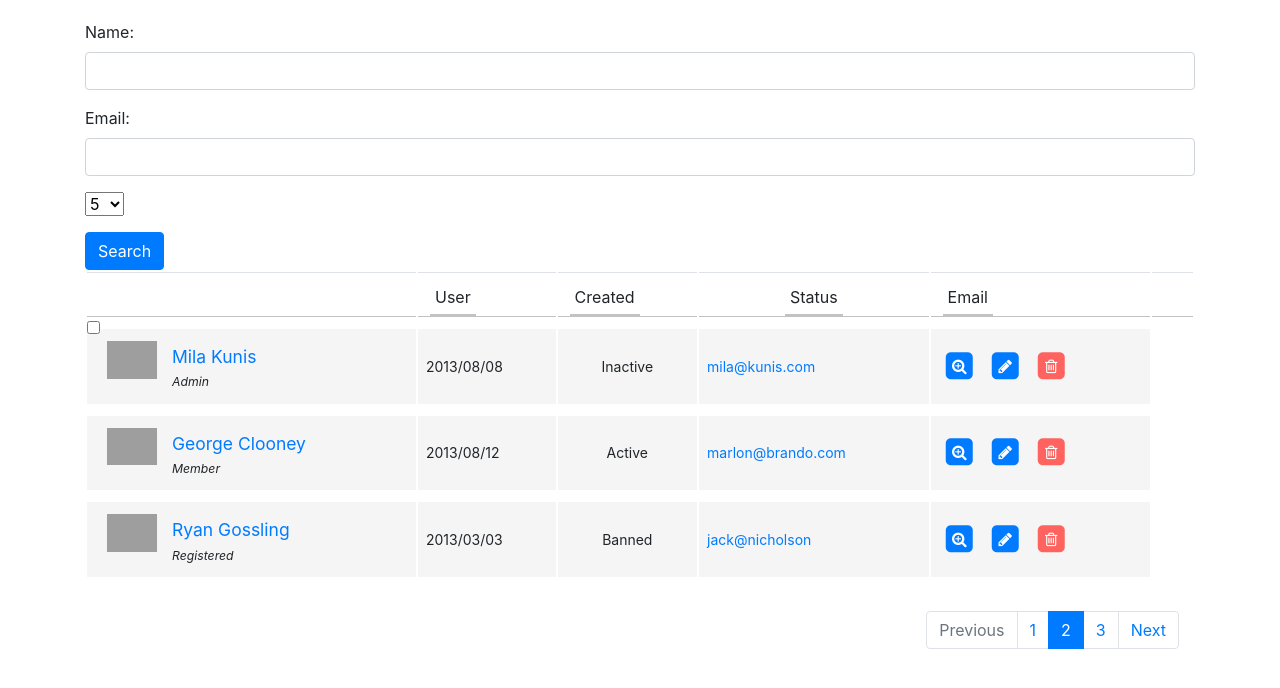
Repository: tienhoang123/Demo
Page: http://localhost/User/WEB-INF/views/home.jsp
An editor plug-in stored every save of this project. The page is shown before and after the next save, followed by the edit.
The browser window is 1280 px wide. The pictures show the whole page.
Pictures or frames that could not be fetched are drawn as grey boxes. Some web libraries are served in a nearby version. The page is served by Tomcat 9. Nobody is signed in. Other server files are loaded and not shown. The template is opened directly, without the code that normally fills it, so the values that code supplies are empty.

Above is the page before, as saved 2019-10-14 06:53:22.
Console error: TypeError: Cannot read properties of undefined (reading 'fn')

### DemoCrud/User/src/main/webapp/WEB-INF/views/home.jsp
<%@ page language="java" contentType="text/html; charset=UTF-8"
	pageEncoding="UTF-8"%><!DOCTYPE html>
<%@ taglib uri="http://java.sun.com/jsp/jstl/core" prefix="c"%>
<html>
<head>
<meta http-equiv="Content-Type" content="text/html; charset=UTF-8">
<title>Home</title>
<link
	href="https://maxcdn.bootstrapcdn.com/font-awesome/4.3.0/css/font-awesome.min.css"
	rel="stylesheet">
<link
	href="<c:url value='/resources/css/boostrapcss/bootstrap.min.css' />"
	rel="stylesheet" id="bootstrap-css">
<script
	src="<c:url value='/resources/js/bootstrapjs/bootstrap.min.js' />"></script>
<script
	src="https://ajax.googleapis.com/ajax/libs/jquery/3.4.1/jquery.min.js"></script>
<link href="<c:url value='/resources/css/home.css' />" rel="stylesheet">
</head>
<body>
	<div class="container">
		<div class="row">
			<div class="col-lg-12">
				<div class="main-box clearfix">
					<div class="table-responsive">
						<div class="form-group">
							<label for="usr">Name:</label> <input type="text"
								class="form-control" id="usr" name="username">
						</div>
						<div class="form-group">
							<label for="pwd">Email:</label> <input type="password"
								class="form-control" id="pwd" name="password">
						</div>
						<div class="form-group">
							<select class="mdb-select md-form">

								<option value="5">5</option>
								<option value="10">10</option>
								<option value="15">15</option>
							</select>
						</div>

						<button type="submit" class="btn btn-primary">Search</button>

						<table class="table user-list">
							<thead>
								<tr>
									<th>
    									<input type="checkbox" class="form-check-input" id="materialUnchecked">
									</th>
									<th><span>User</span></th>
									<th><span>Created</span></th>
									<th class="text-center"><span>Status</span></th>
									<th><span>Email</span></th>
									<th>&nbsp;</th>
								</tr>
							</thead>
							<tbody>
								<tr>
									<td><img
										src="https://bootdey.com/img/Content/avatar/avatar1.png"
										alt=""> <a href="#" class="user-link">Mila Kunis</a> <span
										class="user-subhead">Admin</span></td>
									<td>2013/08/08</td>
									<td class="text-center"><span class="label label-default">Inactive</span>
									</td>
									<td><a href="#">mila@kunis.com</a></td>
									<td style="width: 20%;"><a href="#" class="table-link">
											<span class="fa-stack"> <i
												class="fa fa-square fa-stack-2x"></i> <i
												class="fa fa-search-plus fa-stack-1x fa-inverse"></i>
										</span>
									</a> <a href="#" class="table-link"> <span class="fa-stack">
												<i class="fa fa-square fa-stack-2x"></i> <i
												class="fa fa-pencil fa-stack-1x fa-inverse"></i>
										</span>
									</a> <a href="#" class="table-link danger"> <span
											class="fa-stack"> <i class="fa fa-square fa-stack-2x"></i>
												<i class="fa fa-trash-o fa-stack-1x fa-inverse"></i>
										</span>
									</a></td>
								</tr>
								<tr>
									<td><img
										src="https://bootdey.com/img/Content/avatar/avatar2.png"
										alt=""> <a href="#" class="user-link">George Clooney</a>
										<span class="user-subhead">Member</span></td>
									<td>2013/08/12</td>
									<td class="text-center"><span class="label label-success">Active</span>
									</td>
									<td><a href="#">marlon@brando.com</a></td>
									<td style="width: 20%;"><a href="#" class="table-link">
											<span class="fa-stack"> <i
												class="fa fa-square fa-stack-2x"></i> <i
												class="fa fa-search-plus fa-stack-1x fa-inverse"></i>
										</span>
									</a> <a href="#" class="table-link"> <span class="fa-stack">
												<i class="fa fa-square fa-stack-2x"></i> <i
												class="fa fa-pencil fa-stack-1x fa-inverse"></i>
										</span>
									</a> <a href="#" class="table-link danger"> <span
											class="fa-stack"> <i class="fa fa-square fa-stack-2x"></i>
												<i class="fa fa-trash-o fa-stack-1x fa-inverse"></i>
										</span>
									</a></td>
								</tr>
								<tr>
									<td><img
										src="https://bootdey.com/img/Content/avatar/avatar3.png"
										alt=""> <a href="#" class="user-link">Ryan Gossling</a>
										<span class="user-subhead">Registered</span></td>
									<td>2013/03/03</td>
									<td class="text-center"><span class="label label-danger">Banned</span>
									</td>
									<td><a href="#">jack@nicholson</a></td>
									<td style="width: 20%;"><a href="#" class="table-link">
											<span class="fa-stack"> <i
												class="fa fa-square fa-stack-2x"></i> <i
												class="fa fa-search-plus fa-stack-1x fa-inverse"></i>
										</span>
									</a> <a href="#" class="table-link"> <span class="fa-stack">
												<i class="fa fa-square fa-stack-2x"></i> <i
												class="fa fa-pencil fa-stack-1x fa-inverse"></i>
										</span>
									</a> <a href="#" class="table-link danger"> <span
											class="fa-stack"> <i class="fa fa-square fa-stack-2x"></i>
												<i class="fa fa-trash-o fa-stack-1x fa-inverse"></i>
										</span>
									</a></td>
								</tr>
							</tbody>
						</table>
					</div>
					<nav aria-label="...">
						<ul class="pagination justify-content-end mt-3 mr-3">
							<li class="page-item disabled"><span class="page-link">Previous</span>
							</li>
							<li class="page-item"><a class="page-link" href="#">1</a></li>
							<li class="page-item active"><span class="page-link">2<span
									class="sr-only">(current)</span>
							</span></li>
							<li class="page-item"><a class="page-link" href="#">3</a></li>
							<li class="page-item"><a class="page-link" href="#">Next</a>
							</li>
						</ul>
					</nav>


				</div>
			</div>
		</div>
	</div>
</body>
</html>

### DemoCrud/User/src/main/webapp/resources/css/home.css

body{margin-top:20px;}


/* USER LIST TABLE */
.user-list tbody td > img {
    position: relative;
	max-width: 50px;
	float: left;
	margin-right: 15px;
}
.user-list tbody td .user-link {
	display: block;
	font-size: 1.25em;
	padding-top: 3px;
	margin-left: 60px;
}
.user-list tbody td .user-subhead {
	font-size: 0.875em;
	font-style: italic;
}

/* TABLES */
.table {
    border-collapse: separate;
}
.table-hover > tbody > tr:hover > td,
.table-hover > tbody > tr:hover > th {
	background-color: #eee;
}
.table thead > tr > th {
	border-bottom: 1px solid #C2C2C2;
	padding-bottom: 0;
}
.table tbody > tr > td {
	font-size: 0.875em;
	background: #f5f5f5;
	border-top: 10px solid #fff;
	vertical-align: middle;
	padding: 12px 8px;
}
.table tbody > tr > td:first-child,
.table thead > tr > th:first-child {
	padding-left: 20px;
}
.table thead > tr > th span {
	border-bottom: 2px solid #C2C2C2;
	display: inline-block;
	padding: 0 5px;
	padding-bottom: 5px;
	font-weight: normal;
}
.table thead > tr > th > a span {
	color: #344644;
}
.table thead > tr > th > a span:after {
	content: "\f0dc";
	font-family: FontAwesome;
	font-style: normal;
	font-weight: normal;
	text-decoration: inherit;
	margin-left: 5px;
	font-size: 0.75em;
}
.table thead > tr > th > a.asc span:after {
	content: "\f0dd";
}
.table thead > tr > th > a.desc span:after {
	content: "\f0de";
}
.table thead > tr > th > a:hover span {
	text-decoration: none;
	color: #2bb6a3;
	border-color: #2bb6a3;
}
.table.table-hover tbody > tr > td {
	-webkit-transition: background-color 0.15s ease-in-out 0s;
	transition: background-color 0.15s ease-in-out 0s;
}
.table tbody tr td .call-type {
	display: block;
	font-size: 0.75em;
	text-align: center;
}
.table tbody tr td .first-line {
	line-height: 1.5;
	font-weight: 400;
	font-size: 1.125em;
}
.table tbody tr td .first-line span {
	font-size: 0.875em;
	color: #969696;
	font-weight: 300;
}
.table tbody tr td .second-line {
	font-size: 0.875em;
	line-height: 1.2;
}
.table a.table-link {
	margin: 0 5px;
	font-size: 1.125em;
}
.table a.table-link:hover {
	text-decoration: none;
	color: #2aa493;
}
.table a.table-link.danger {
	color: #fe635f;
}
.table a.table-link.danger:hover {
	color: #dd504c;
}

.table-products tbody > tr > td {
	background: none;
	border: none;
	border-bottom: 1px solid #ebebeb;
	-webkit-transition: background-color 0.15s ease-in-out 0s;
	transition: background-color 0.15s ease-in-out 0s;
	position: relative;
}
.table-products tbody > tr:hover > td {
	text-decoration: none;
	background-color: #f6f6f6;
}
.table-products .name {
	display: block;
	font-weight: 600;
	padding-bottom: 7px;
}
.table-products .price {
	display: block;
	text-decoration: none;
	width: 50%;
	float: left;
	font-size: 0.875em;
}
.table-products .price > i {
	color: #8dc859;
}
.table-products .warranty {
	display: block;
	text-decoration: none;
	width: 50%;
	float: left;
	font-size: 0.875em;
}
.table-products .warranty > i {
	color: #f1c40f;
}
.table tbody > tr.table-line-fb > td {
	background-color: #9daccb;
	color: #262525;
}
.table tbody > tr.table-line-twitter > td {
	background-color: #9fccff;
	color: #262525;
}
.table tbody > tr.table-line-plus > td {
	background-color: #eea59c;
	color: #262525;
}
.table-stats .status-social-icon {
	font-size: 1.9em;
	vertical-align: bottom;
}
.table-stats .table-line-fb .status-social-icon {
	color: #556484;
}
.table-stats .table-line-twitter .status-social-icon {
	color: #5885b8;
}
.table-stats .table-line-plus .status-social-icon {
	color: #a75d54;
}

Loaded but not shown: DemoCrud/User/src/main/webapp/resources/css/boostrapcss/bootstrap.min.css (library); DemoCrud/User/src/main/webapp/resources/js/boostrapjs/bootstrap.min.js (library)

After the next save:
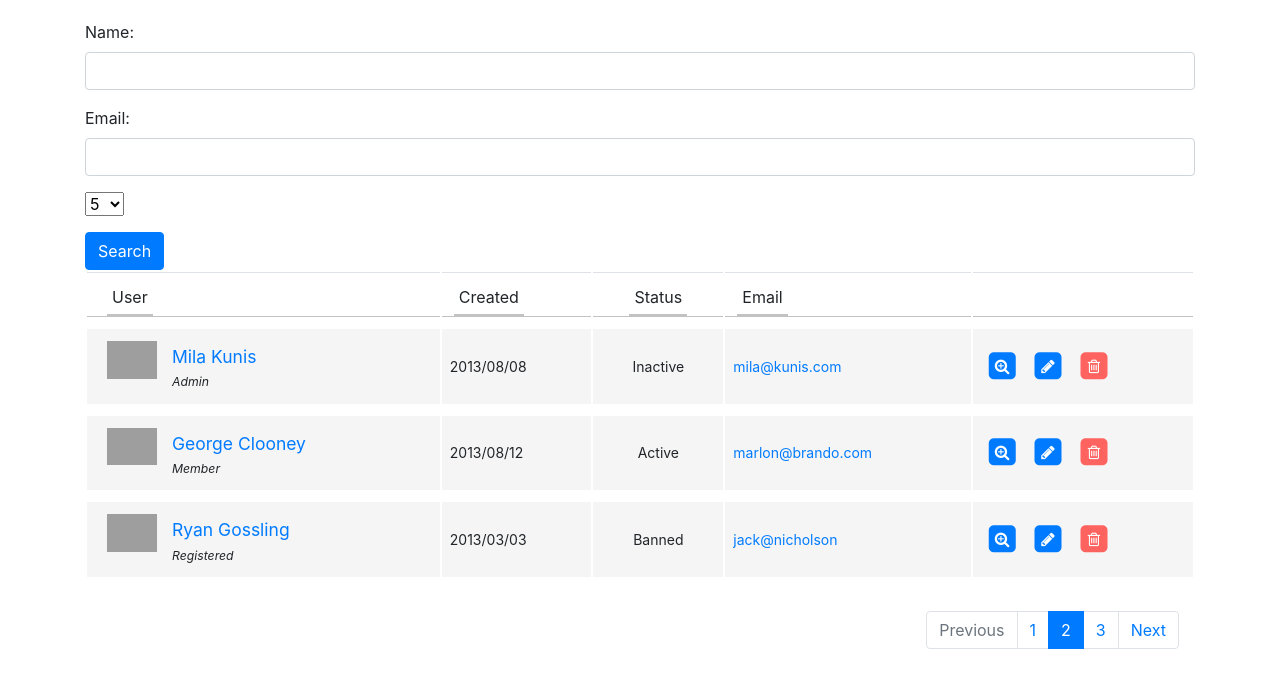
Saved 12 s later.
--- a/DemoCrud/User/src/main/webapp/WEB-INF/views/home.jsp
+++ b/DemoCrud/User/src/main/webapp/WEB-INF/views/home.jsp
@@ -45,9 +45,6 @@
 						<table class="table user-list">
 							<thead>
 								<tr>
-									<th>
-    									<input type="checkbox" class="form-check-input" id="materialUnchecked">
-									</th>
 									<th><span>User</span></th>
 									<th><span>Created</span></th>
 									<th class="text-center"><span>Status</span></th>
